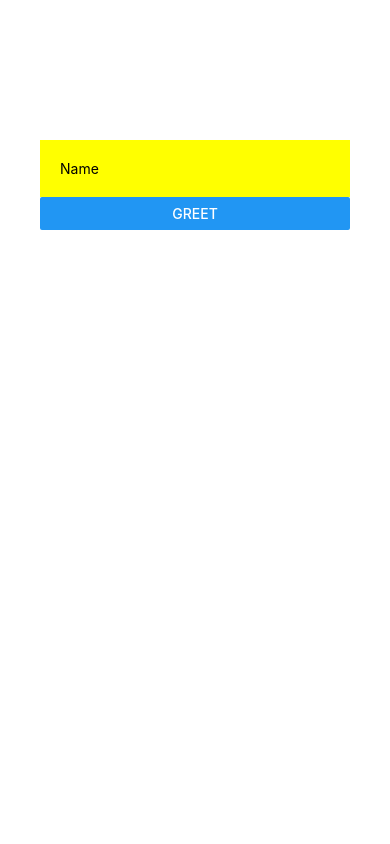
Repository: akinmiday/ReactNativeApp
Screen: /
The author's editor kept a copy of each file at every save. The screen is drawn from the files as they stood at one save, then again after the next save.
The app was drawn by React Native's web renderer in a window 390 px wide. The project was rebuilt for these pictures with package versions that can differ from the ones it lists, and the page was loaded fresh each time.

Above is the screen before, as saved 2023-08-05 04:26:44.

After the next save:
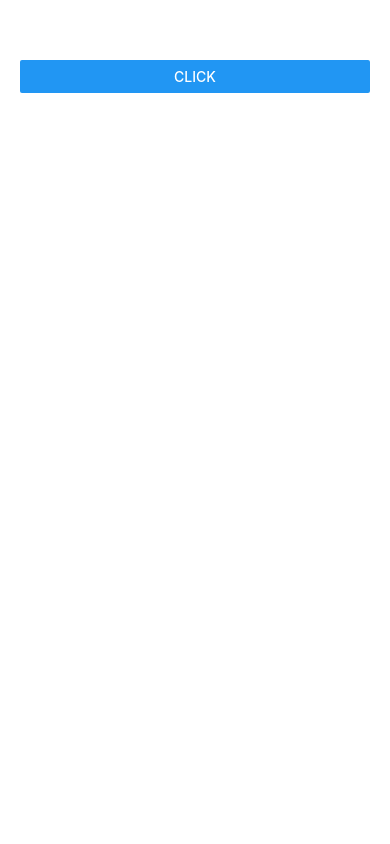
Saved 2 min 35 s later.
--- a/App.js
+++ b/App.js
@@ -1,4 +1,4 @@
-import { View, Text } from "react-native";
+import { View, Text, Button } from "react-native";
 import styles from "./styles";
 import { useState } from "react";
 import Greetings from "./Greetings";
@@ -8,7 +8,7 @@ export default function App() {
 
   return (
     <View style={container}>
-      <Greetings />
+      <Button title="Click" />
     </View>
   );
 }
